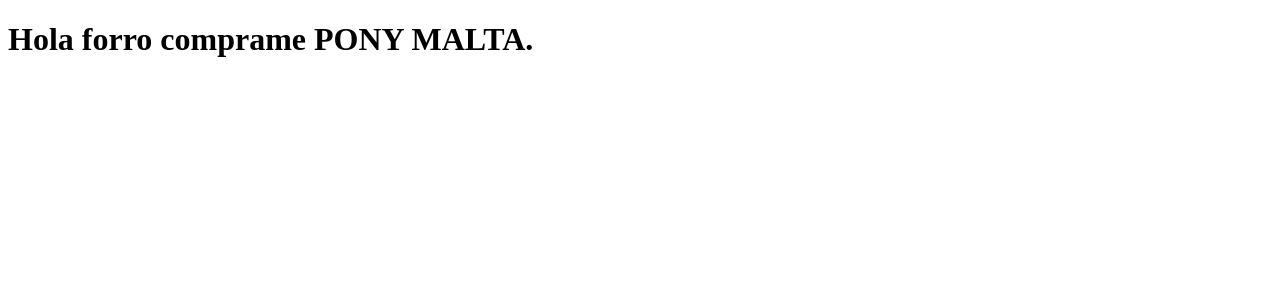
Repository: DarioV24/myproject
Page: web.html
An editor plug-in stored every save of this project. The page is shown before and after the next save, followed by the edit.
The browser window is 1280 px wide. The pictures show the whole page.

Above is the page before, as saved 2025-03-08 05:57:33.

After the next save:
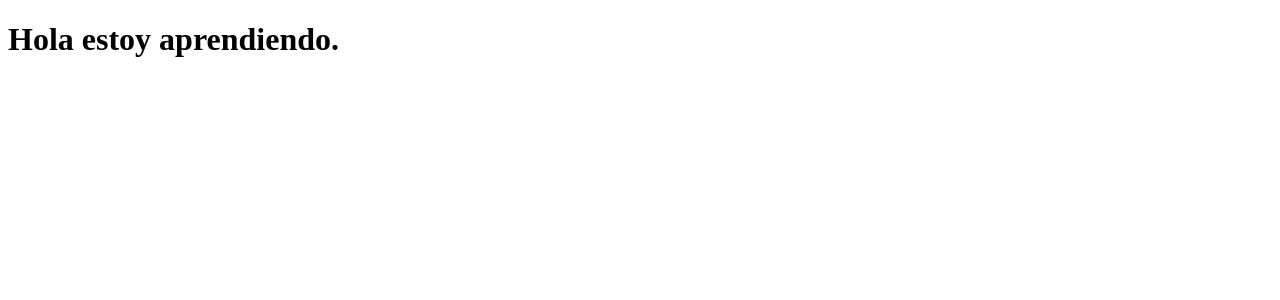
Saved 7 days later.
--- a/web.html
+++ b/web.html
@@ -6,7 +6,7 @@
     <body>
         <div>
             <h1>
-                Hola forro comprame PONY MALTA.
+                Hola estoy aprendiendo.
             </h1>
         </div>
     </body>
